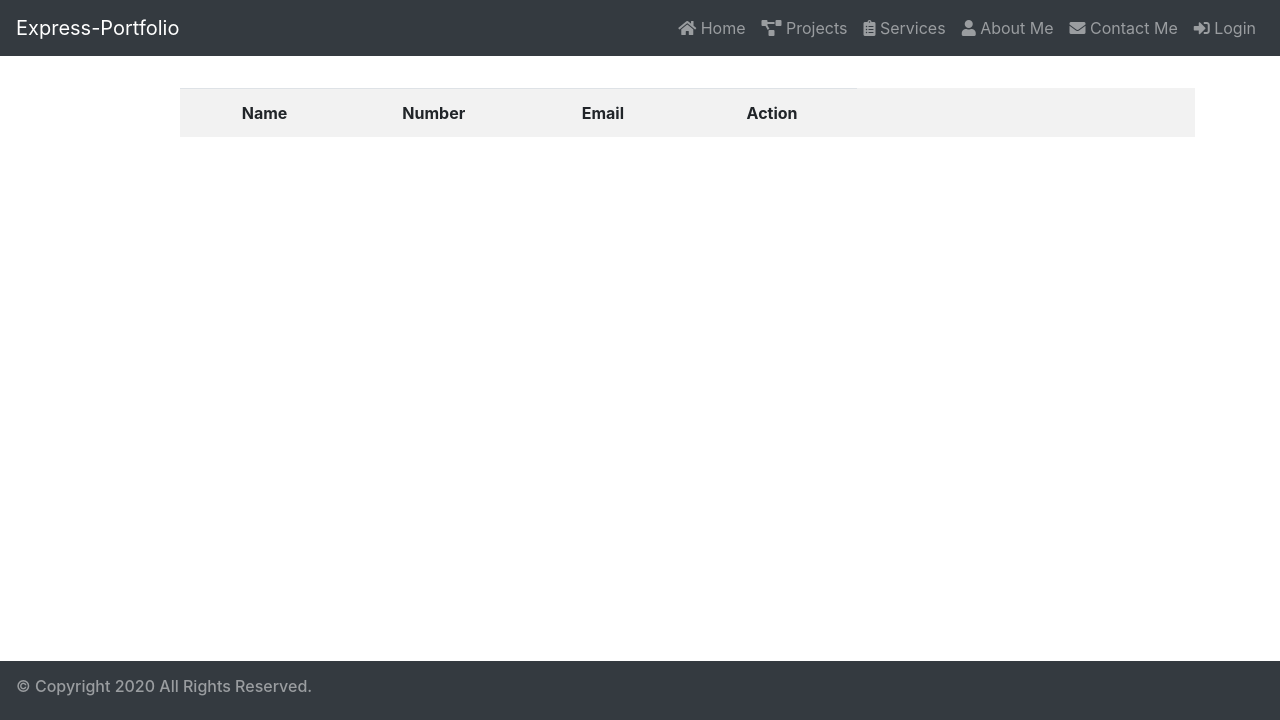
Repository: carlossclaro/Express_Portfolio
Page: server/views/users1/users.ejs
These files come from the project's save history. The page is drawn as it stood at one moment and after the next save; the edit follows.
The browser window is 1280 px wide. The pictures show the whole page.
The page is served by the project's Node server (app.js). Other server files are loaded and not shown. The template is opened directly, without the code that normally fills it, so the values that code supplies are empty.

Above is the page before, as saved 2020-10-24 18:17:03.

### server/views/users1/users.ejs

<!--
 *business_contact_view.ejs created by:
  Carlos Cruz-Claro 0N 2020-10-22
#300-902-439
-->

<!--
This view to remain hidden to those unauth or not signed in. Should only be visable to 'test' user!
-->
<%- include ../partials/header.ejs %>


<%- include ../partials/main_nav.ejs %>

<!-- Main Content -->
<main class="container">
  <div class="row">
    <div class="offset-md-1 col-md-11">
      <h1><%= title %></h1>
      <br>
      <table class="table table-boardered table-striped table-hover">
          <!-- Header Row -->
          <tr class="d-flex">
            <th class="text-center col-2">Name</th>
            <th class="text-center col-2">Number</th>
            <th class="text-center col-2">Email</th>
            <th class="text-center col-2">Action</th>
          </tr>

          <!-- Repeatable Template Row -->

          <% for(let count = 0; count < UserList.length; count++) { %>
            <tr class="d-flex">
                <td class="text-center col-2"><%= UserList[count].name %></td>
                <td class="text-center col-2"><%= UserList[count].number %></td>
                <td class="text-center col-2"><%= UserList[count].email %></td>
            </tr>
          <% } %>
      </table>
    </div>
  </div>
</main>



<%- include ../partials/bottom_nav.ejs %>

<%- include ../partials/footer.ejs %>

### server/views/partials/header.ejs
<!DOCTYPE html>
<html lang="en">
<head>
  <meta charset="UTF-8">
  <meta name="viewport" content="width=device-width, initial-scale=1.0">
  <title><%= title %></title>

  <!-- CSS Section-->
  <link rel="stylesheet" href="/bootstrap/dist/css/bootstrap.min.css">
  <link rel="stylesheet" href="/@fortawesome/fontawesome-free/css/all.min.css">
  <link rel='stylesheet' href='/Content/app.css' />

</head>
<body>

### server/views/partials/main_nav.ejs
  <!--Main Nav here-->
  <nav class="navbar navbar-expand-lg navbar-dark bg-dark">
    <a class="navbar-brand" href="/">Express-Portfolio</a>
    <button class="navbar-toggler" type="button" data-toggle="collapse" data-target="#navbarSupportedContent" aria-controls="navbarSupportedContent" aria-expanded="false" aria-label="Toggle navigation">
      <span class="navbar-toggler-icon"></span>
    </button>

   <!--  <nav class="navbar navbar-light bg-dark">
      <a class="navbar-brand" href="/">
        <img src="public/Assets/images/personal_logo.png" width="30" height="30" class="d-inline-block align-top" alt="">
      </a>
    </nav>-->
    <div class="collapse navbar-collapse" id="navbarSupportedContent">
      <ul class="navbar-nav ml-auto">
       <!--TOFIX: HOME DOES NOT HIGHLIGHT WHEN CLICKED-->
        <% if ((title == "Home") || (title =="/")) { %>
        <li class="nav-item active">
        <% } else { %>
        <li class="nav-item">
        <% } %>
          <a class="nav-link" href="/home"><i class="fas fa-home"></i> Home </a>
        </li>

        <% if (title == "Projects") { %>
        <li class="nav-item active">
        <% } else { %>
        <li class="nav-item">
        <% } %>
          <a class="nav-link" href="/projects"><i class="fas fa-project-diagram"></i> Projects </a>
        </li>

        <% if (title == "Services") { %>
        <li class="nav-item active">
        <% } else { %>
        <li class="nav-item">
        <% } %>
          <a class="nav-link" href="/services"><i class="fas fa-clipboard-list"></i> Services </a>
        </li>

        <% if (title == "About Me") { %>
          <li class="nav-item active">
        <% } else { %>
        <li class="nav-item">
        <% } %>
          <a class="nav-link" href="/aboutme"><i class="fas fa-user"></i> About Me </a>
        </li>

        <% if (title == "Contact Me") { %>
          <li class="nav-item active">
        <% } else { %>
        <li class="nav-item">
        <% } %>
          <a class="nav-link" href="/contactme"><i class="fas fa-envelope"></i> Contact Me</a> </a>
        </li>

           <% if (title == "Authentication") { %>
          <li class="nav-item active">
        <% } else { %>
        <li class="nav-item">
        <% } %>
          <a class="nav-link" href="/authenticate"><i class="fas fa-sign-in-alt"></i> Login</a> </a>
        </li>
    </div>
  </nav>

### server/views/partials/bottom_nav.ejs
 <!-- Bottom Nav-->
  <footer>
    <nav class="navbar fixed-bottom navbar-dark bg-dark">
      <h6 class="display-6 navbar-text">&copy; Copyright 2020 All Rights Reserved.</h1>
    </nav>
  </footer>

### server/views/partials/footer.ejs
<!-- Script Selection (Front-Side)-->
<html>
<body>
  <script src="/jquery/dist/jquery.min.js"></script>
  <script src="/bootstrap/dist/js/bootstrap.min.js"></script>
  <script src="/Scripts/app.js"></script>
</body>
</html>

### app.js
/*App.js created by Carlos Cruz-Claro 0N 2020-10-11
#300-902-439 */

// Installed 3rd party packages
let createError = require('http-errors');
let express = require('express');
let path = require('path');
let cookieParser = require('cookie-parser');
let logger = require('morgan');

let indexRouter = require('./routes/index');
let usersRouter = require('./routes/users');

let app = express();

// view engine setup
app.set('views', path.join(__dirname, 'views'));
app.set('view engine', 'ejs');

app.use(logger('dev'));
app.use(express.json());
app.use(express.urlencoded({ extended: false }));
app.use(cookieParser());
app.use(express.static(path.join(__dirname, 'public')));
app.use(express.static(path.join(__dirname, 'node_modules')));

app.use('/', indexRouter);
app.use('/users', usersRouter);

// catch 404 and forward to error handler
app.use(function(req, res, next) {
  next(createError(404));
});

// error handler
app.use(function(err, req, res, next) {
  // set locals, only providing error in development
  res.locals.message = err.message;
  res.locals.error = req.app.get('env') === 'development' ? err : {};

  // render the error page
  res.status(err.status || 500);
  res.render('error', { title: 'Error'});
});

module.exports = app;

### public/Content/app.css
/* Custom css goes here */
/*Created by Carlos Cruz-Claro 0N 2020-10-11
#300-902-439 */
.map-container-section {
    overflow:hidden;
    padding-bottom:56.25%;
    position:relative;
    height:0;
  }
  .map-container-section iframe {
    left:0;
    top:0;
    height:100%;
    width:100%;
    position:absolute;
  }
  .container{
    height:300px;
  }
  .navbar-default { margin : 0 !important; }

### public/Scripts/app.js
//IIFE -- Immdiately Invoked Function Expression
/* app.js created by Carlos Cruz-Claro 0N 2020-10-11
#300-902-439 */
(function() {
    function Start()
    {
        console.log("App Started...");
    }

    window.addEventListener("load", Start);

})();

After the next save:
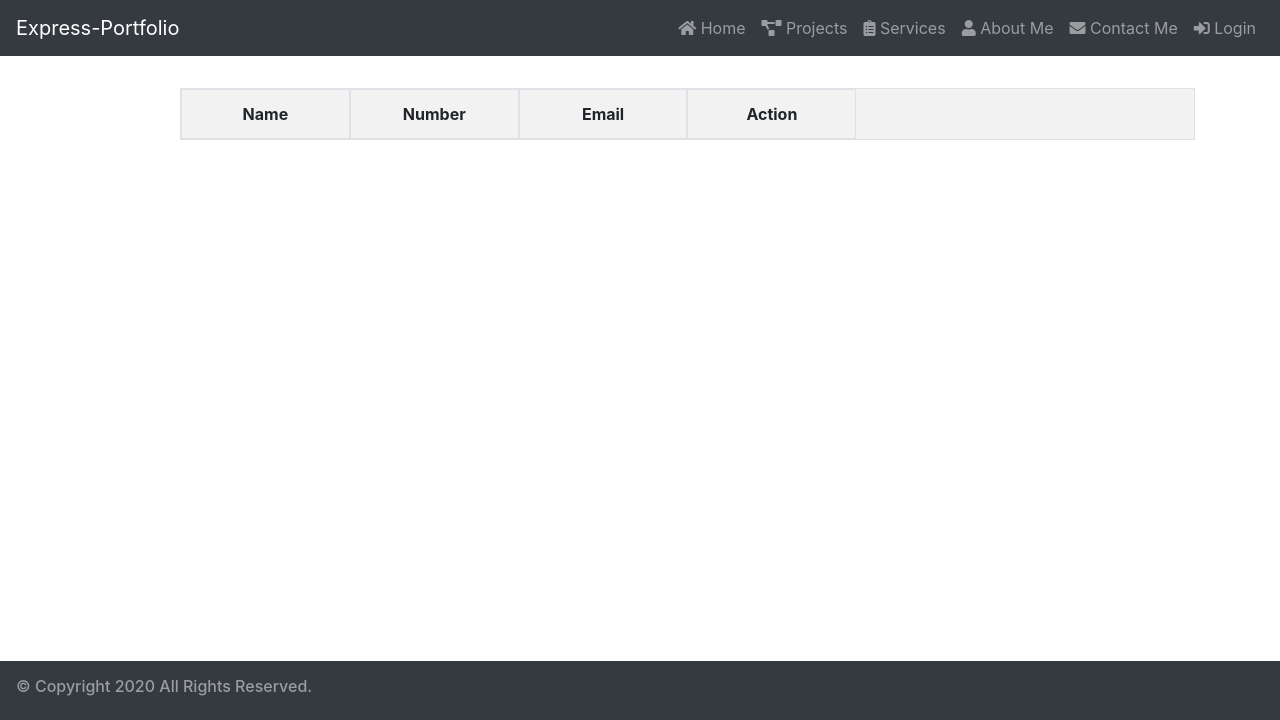
Saved 38 s later.
--- a/server/views/users1/users.ejs
+++ b/server/views/users1/users.ejs
@@ -19,7 +19,7 @@ This view to remain hidden to those unauth or not signed in. Should only be visa
     <div class="offset-md-1 col-md-11">
       <h1><%= title %></h1>
       <br>
-      <table class="table table-boardered table-striped table-hover">
+      <table class="table table-bordered table-striped table-hover">
           <!-- Header Row -->
           <tr class="d-flex">
             <th class="text-center col-2">Name</th>
